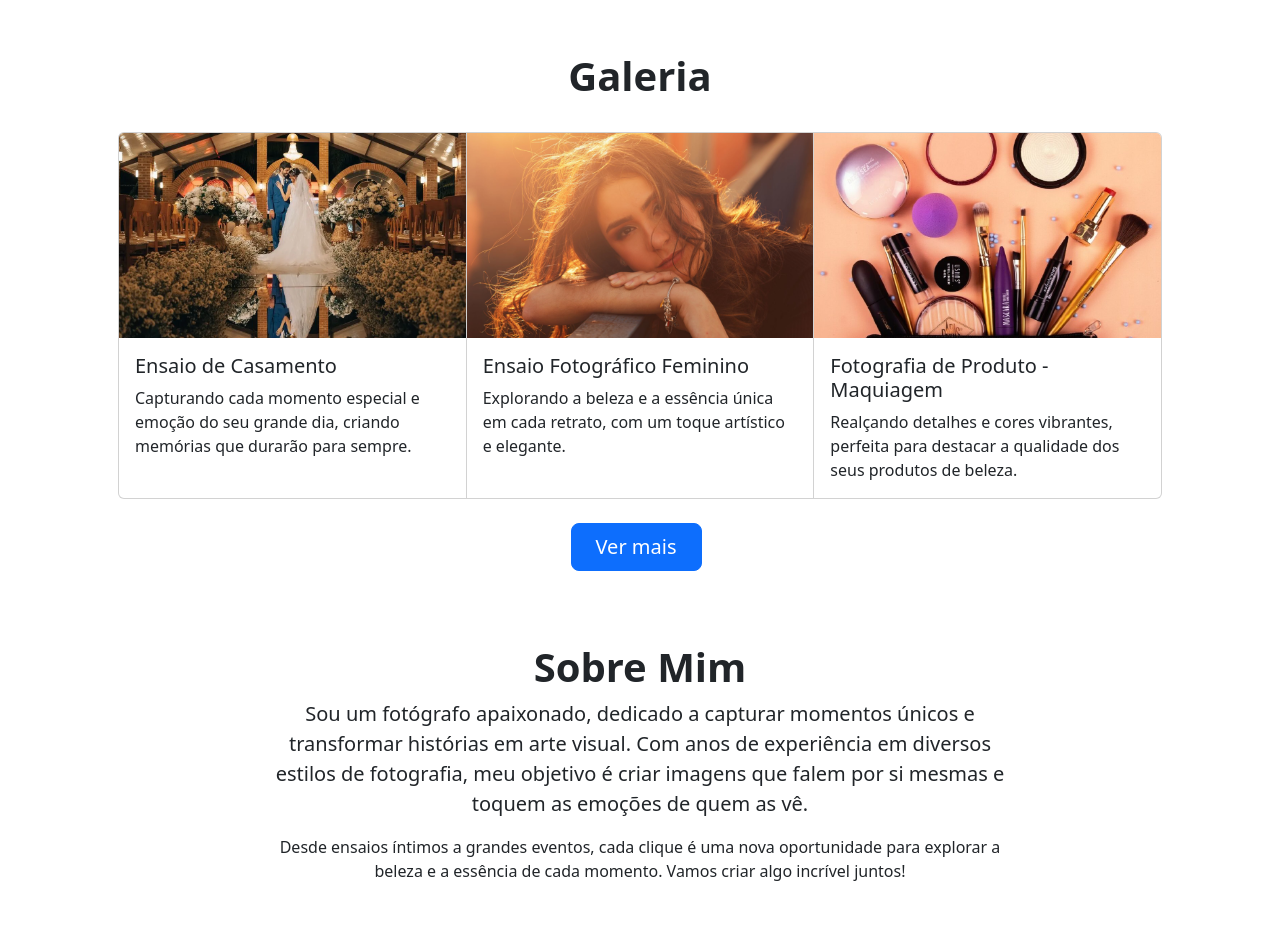
Repository: Marinalr-25/portifolio-fotografia
Page: index.html
These files come from the project's save history. The page is drawn as it stood at one moment and after the next save; the edit follows.
The browser window is 1280 px wide. The pictures show the part of the page from y = 556 to 1503 px (the page is 1503 px tall).
A picture or video elsewhere on the page could not be fetched, so the positions and the page height are approximate.

Above is the page before, as saved 2025-01-19 17:49:47.

After the next save:
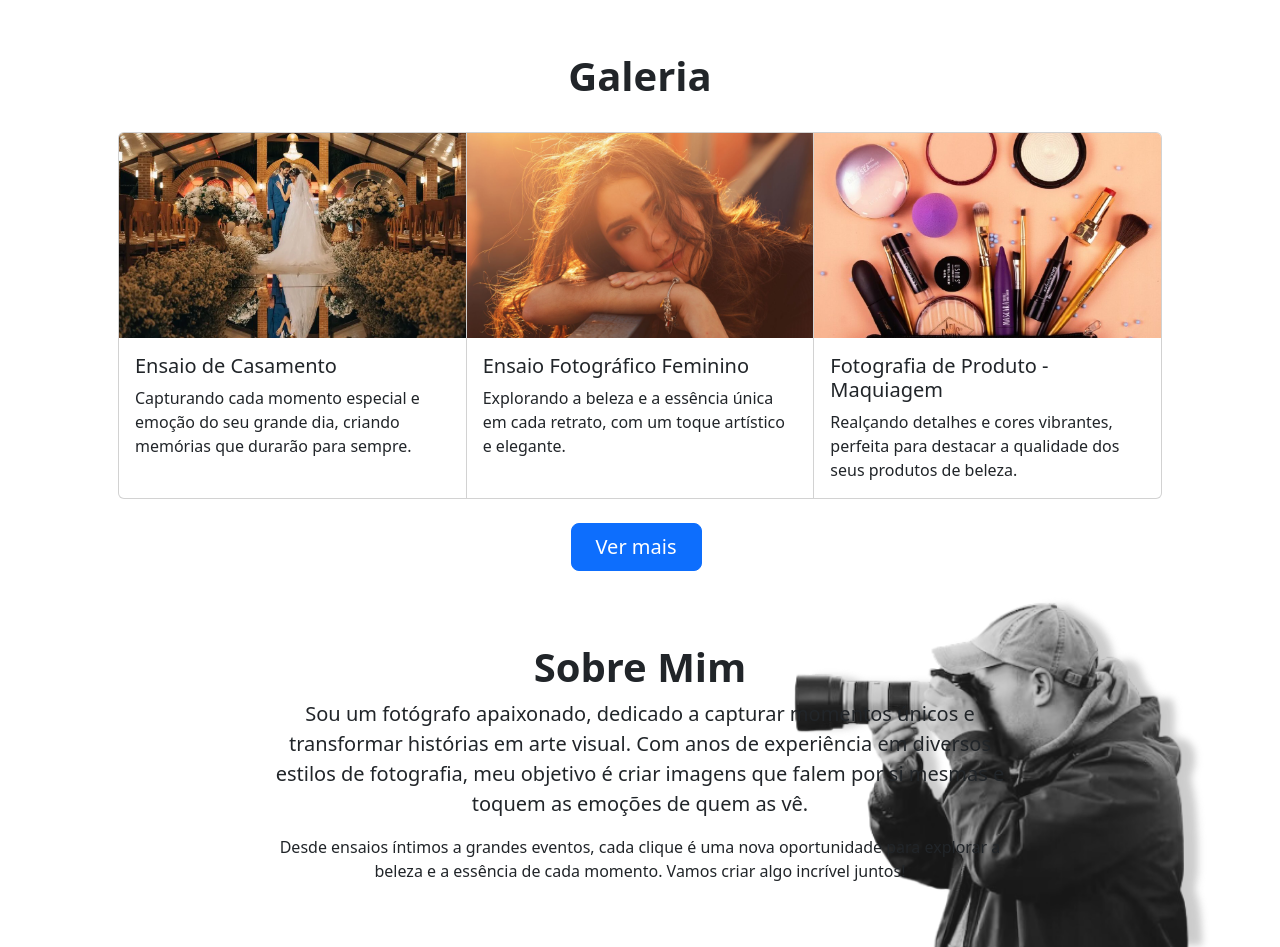
Saved 5 s later.
--- a/css/style.css
+++ b/css/style.css
@@ -104,7 +104,7 @@
 }
 
 /* sobre mim */
-.fotografo {
+.about {
   background-image: url(/src/fotografosombracortada.png);
   background-position: right;
   background-repeat: no-repeat;

After the save that followed:
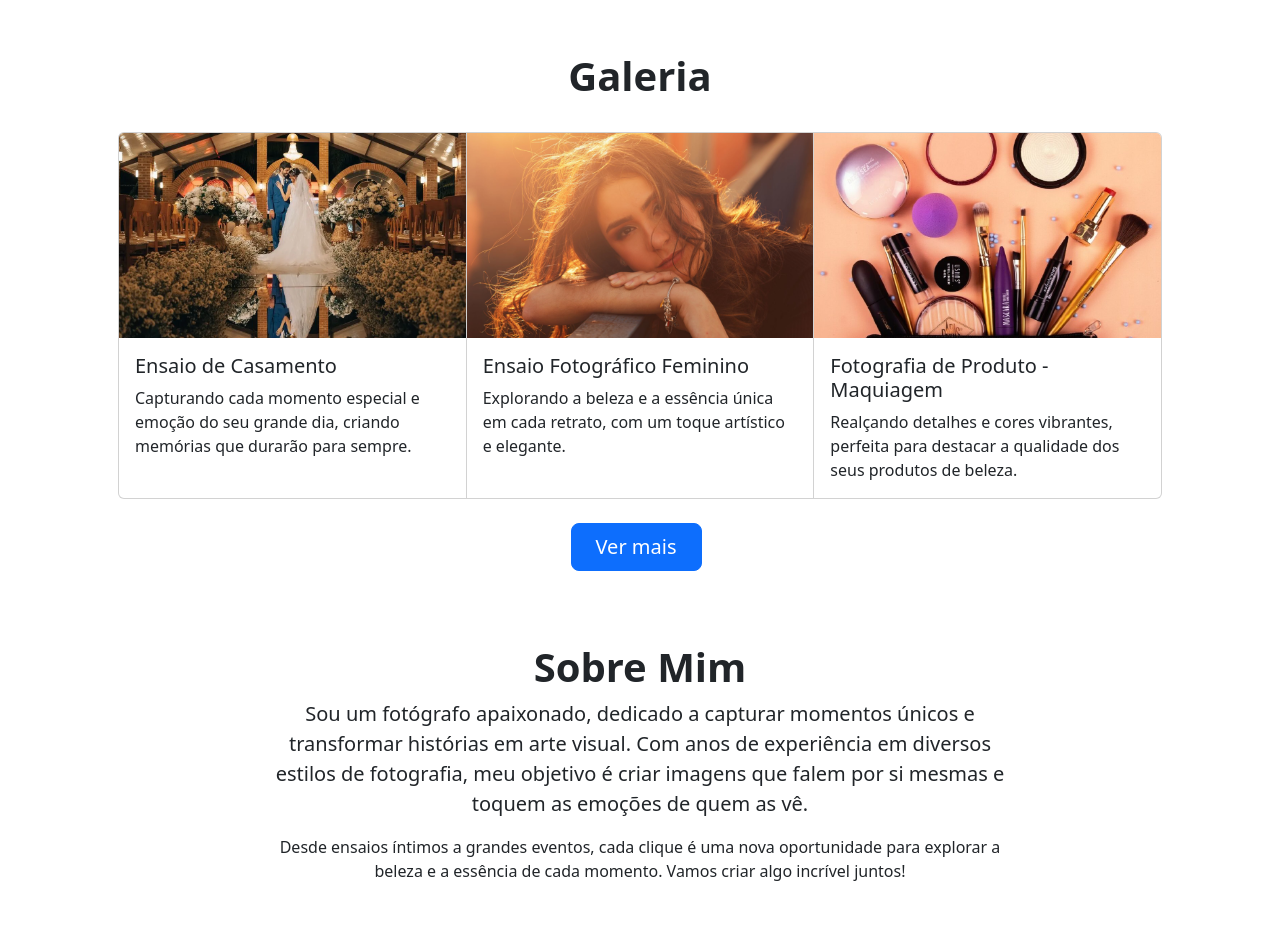
Saved 12 s later.
--- a/css/style.css
+++ b/css/style.css
@@ -104,7 +104,7 @@
 }
 
 /* sobre mim */
-.about {
+.about::after {
   background-image: url(/src/fotografosombracortada.png);
   background-position: right;
   background-repeat: no-repeat;
